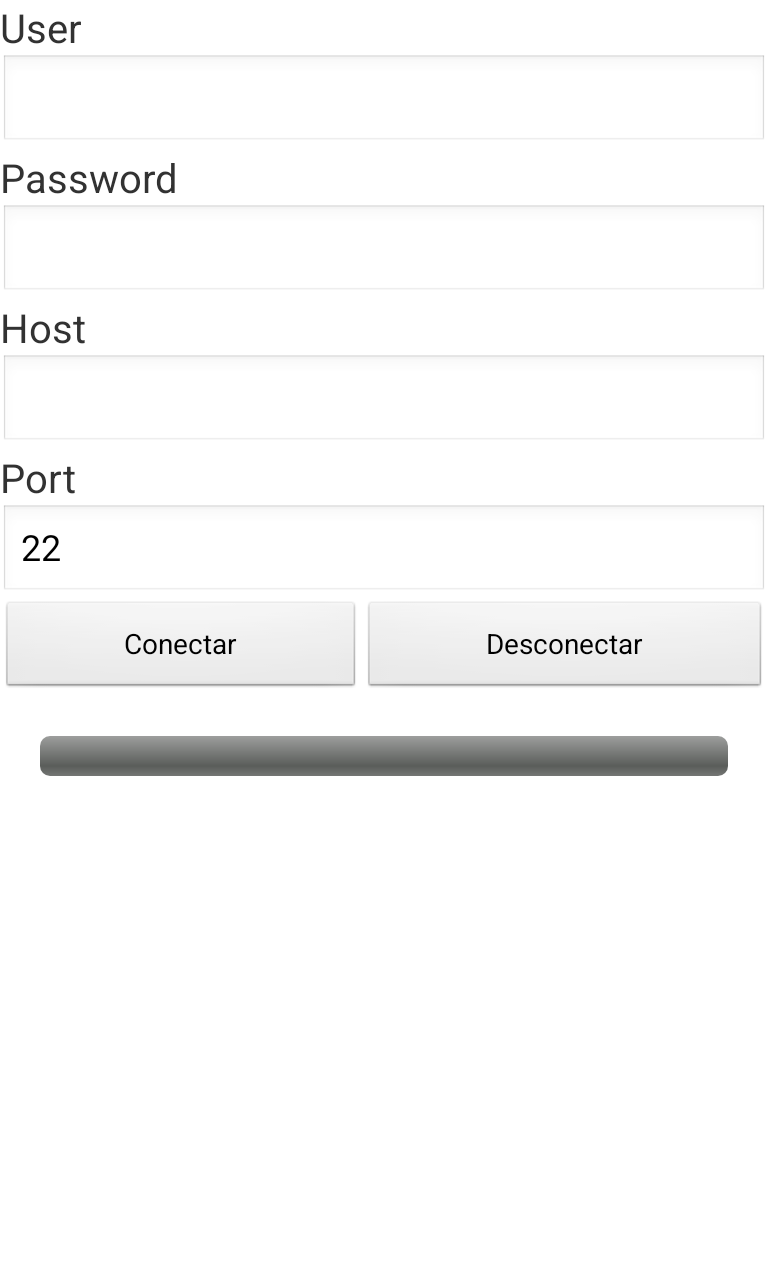
Repository: jonatansantos/Android-Server-Status
Layout: desarrollo/ModuloSSH/res/layout/pestanamainmanual.xml
These files come from the project's save history. The layout is drawn as it stood at one moment and after the next save; the edit follows.
It is drawn on a 768 x 1280 px phone screen (xhdpi) without system bars, with theme android:Theme.Light; the app's code is not run.

Above is the layout before, as saved 2012-03-23 17:18:04.

After the next save:
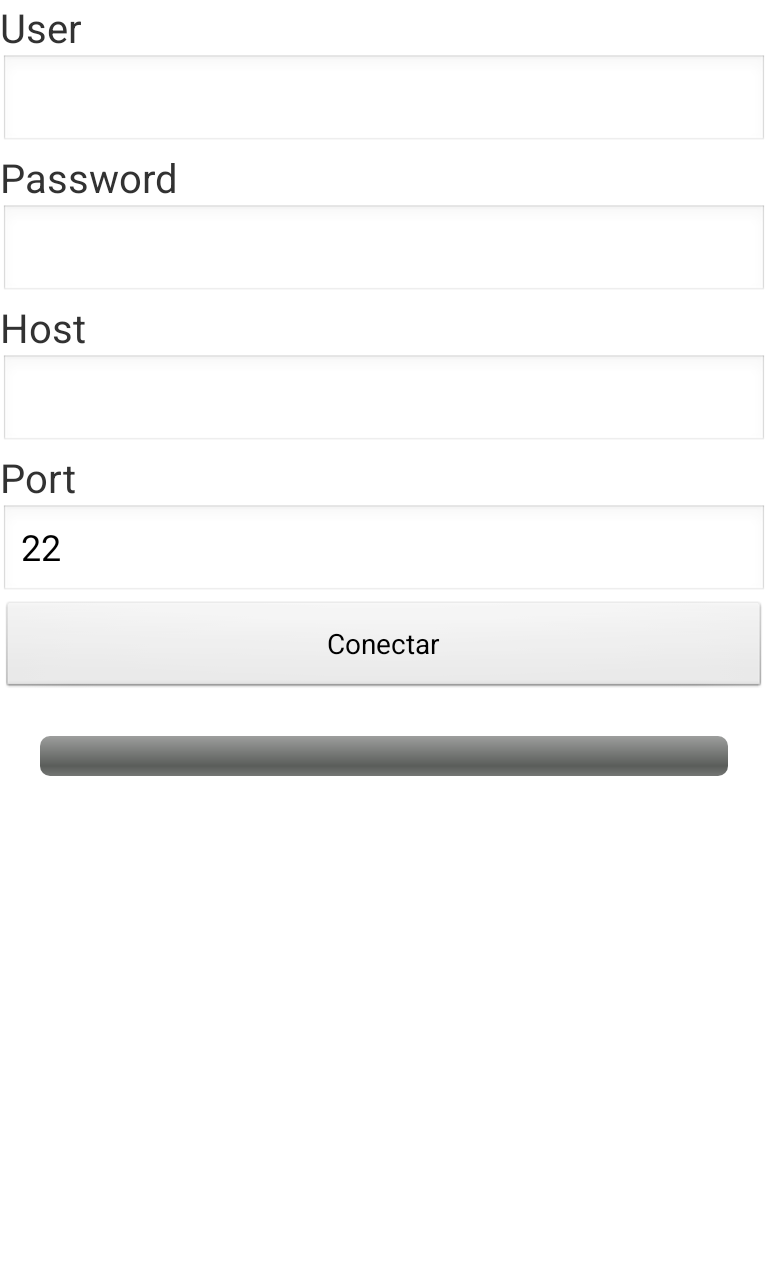
Saved 76 s later.
--- a/desarrollo/ModuloSSH/res/layout/pestanamainmanual.xml
+++ b/desarrollo/ModuloSSH/res/layout/pestanamainmanual.xml
@@ -59,27 +59,13 @@
             android:layout_height="wrap_content"
             android:text="@string/puerto" />
 
-        <LinearLayout
-            android:id="@+id/linearLayout1"
+
+        <Button
+            android:id="@+id/btConnect"
             android:layout_width="match_parent"
             android:layout_height="wrap_content"
-            android:orientation="horizontal"
-            android:weightSum="100" >
-
-            <Button
-                android:id="@+id/btConnect"
-                android:layout_width="wrap_content"
-                android:layout_height="wrap_content"
-                android:layout_weight="50"
-                android:text="@string/conectar" />
-
-            <Button
-                android:id="@+id/btDesConectar"
-                android:layout_width="wrap_content"
-                android:layout_height="wrap_content"
-                android:layout_weight="50"
-                android:text="@string/desconectar" />
-        </LinearLayout>
+            android:layout_weight="50"
+            android:text="@string/conectar" />
 
 
 
